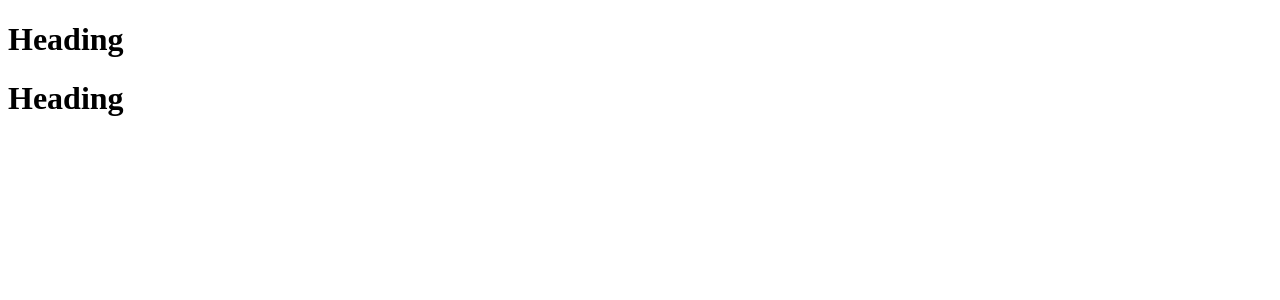
Repository: Sayan-100/Javascript
Page: javascript/dom integrate/index.html
The author's editor kept a copy of each file at every save. The page is drawn from the files as they stood at one save, then again after the next save.
The browser window is 1280 px wide. The pictures show the whole page.

Above is the page before, as saved 2022-01-16 17:25:12.

### javascript/dom integrate/index.html
<!DOCTYPE html>
<html lang="en">

<head>
    <meta charset="UTF-8">
    <meta http-equiv="X-UA-Compatible" content="IE=edge">
    <meta name="viewport" content="width=device-width, initial-scale=1.0">
    <title>Document</title>
</head>

<body>
    <h1 id="one">Heading</h1>
    <h1 id="two">Heading</h1>
</body>

</html>

After the next save:
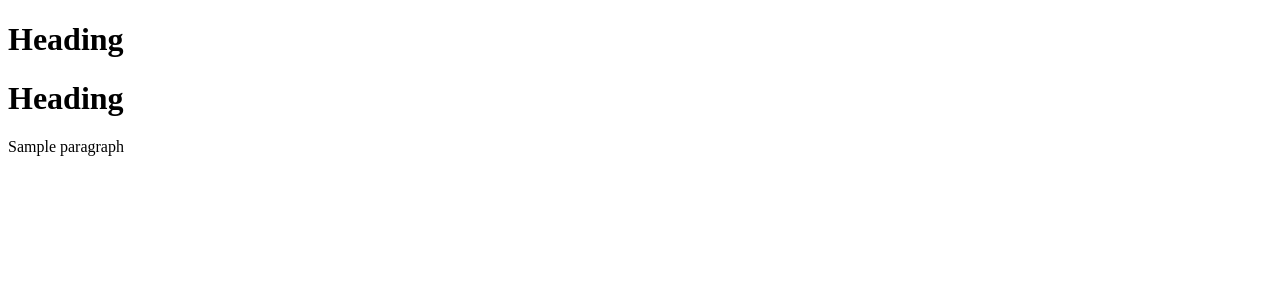
Saved 37 s later.
--- a/javascript/dom integrate/index.html
+++ b/javascript/dom integrate/index.html
@@ -11,6 +11,7 @@
 <body>
     <h1 id="one">Heading</h1>
     <h1 id="two">Heading</h1>
+    <p class="para">Sample paragraph</p>
 </body>
 
 </html>
